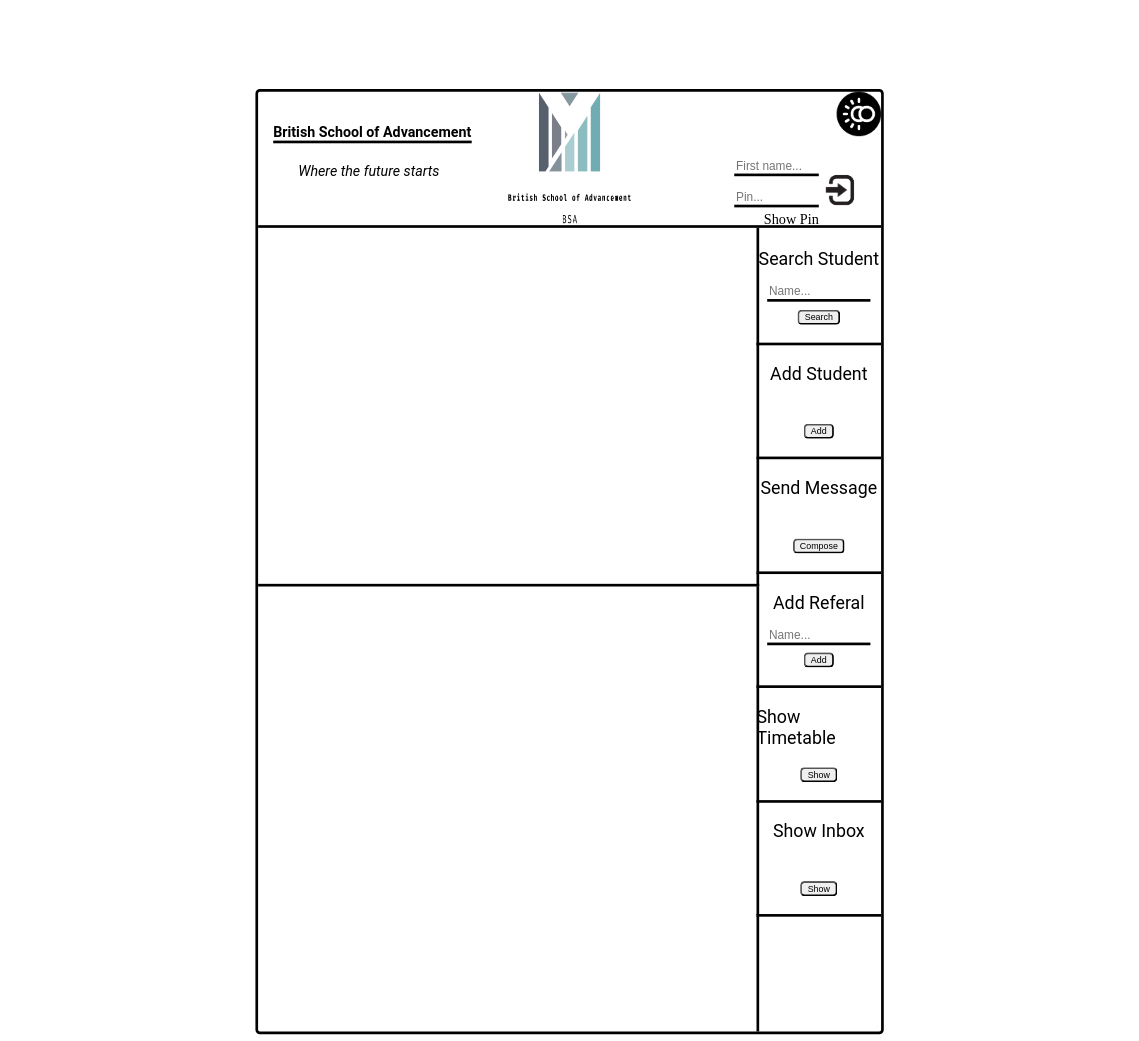
Repository: ghend99/Guardian-Application
Page: index.html
The author's editor kept a copy of each file at every save. The page is drawn from the files as they stood at one save, then again after the next save.
The browser window is 1280 px wide. The pictures show the whole page, at 89% of full size.

Above is the page before, as saved 2023-06-06 18:50:41.

After the next save:
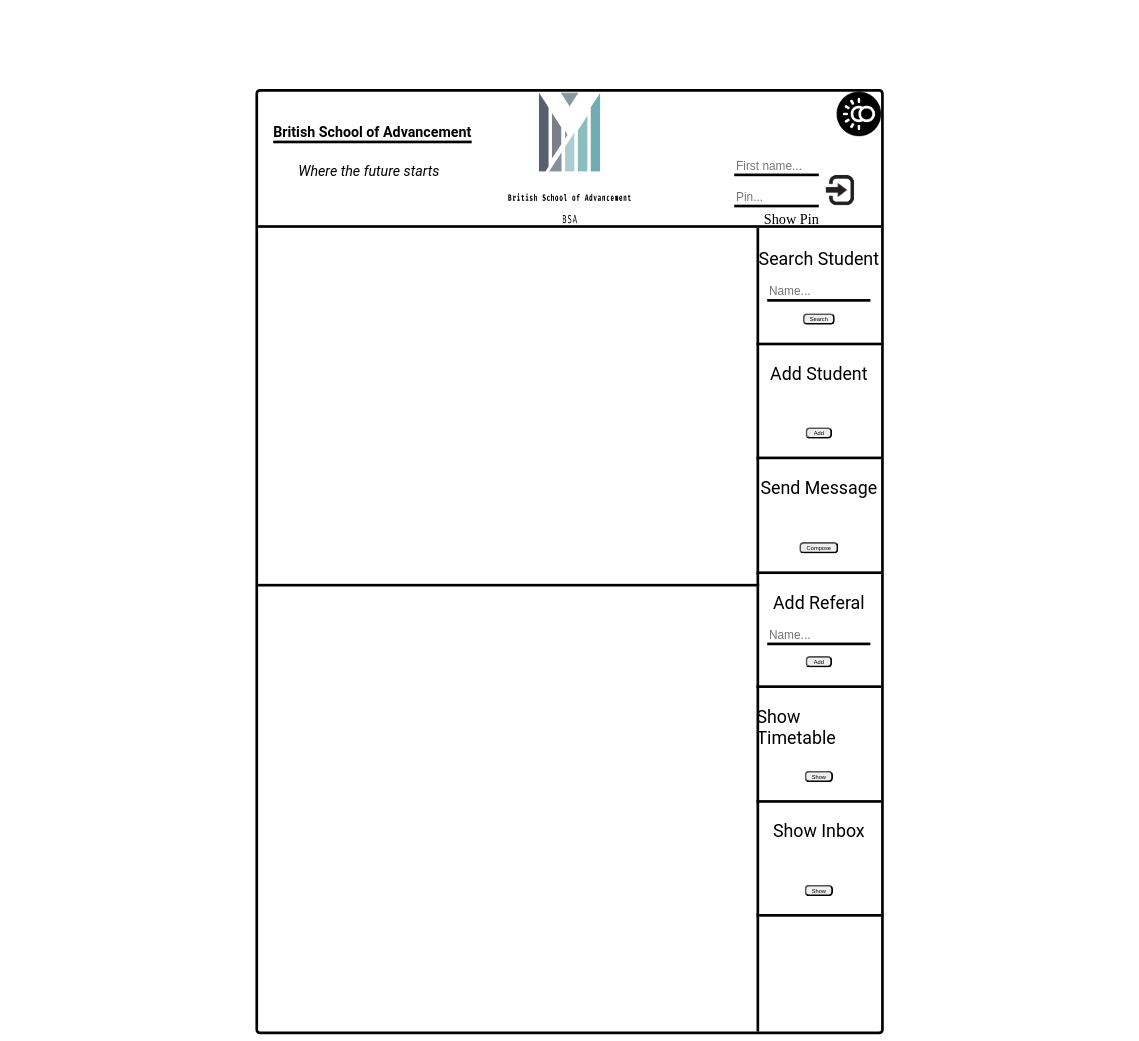
Saved 29 s later.
--- a/style.css
+++ b/style.css
@@ -178,7 +178,7 @@ button {
   min-width: 30px;
   bottom: 20px;
   border-radius: 5px;
-  font-size: clamp(4px, 10px, 18px);
+  font-size: clamp(0.2rem, 0.5vw, 1rem);
 }
 
 #sidebar-open,
